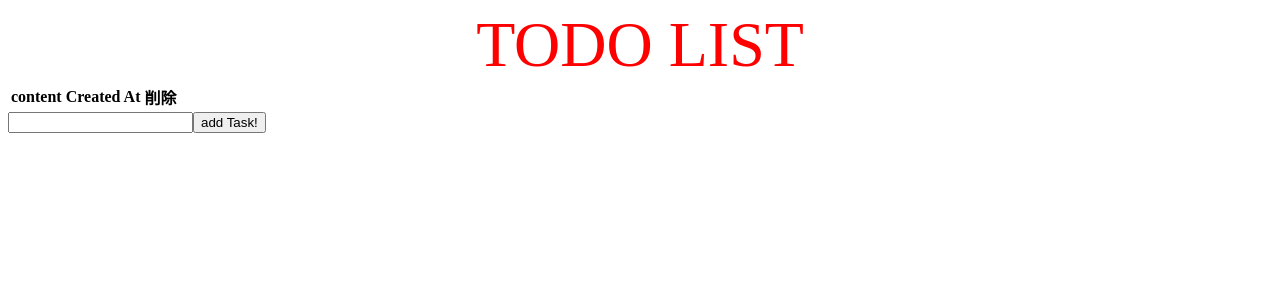
Repository: WistreHosshii/hacathon_todolList
Page: /
The author's editor kept a copy of each file at every save. The page is drawn from the files as they stood at one save, then again after the next save.
The browser window is 1280 px wide. The pictures show the whole page.
The page's requests for data from a server got no answer. The project was rebuilt for these pictures with package versions that can differ from the ones it lists, and the page was loaded fresh each time. No one was signed in, and anything a server would have sent is missing.

Above is the page before, as saved 2019-06-10 23:54:42.

### index.html
<!DOCTYPE html>
<html lang="ja">

<head>
    <meta charset="UTF-8">
    <meta name="viewport" content="width=device-width, initial-scale=1.0">
    <meta http-equiv="X-UA-Compatible" content="ie=edge">
    <title>Document</title>
    <!-- <link rel="stylesheet" href="./index.css"> -->
</head>

<body>
    <div id="root"></div>
    <script src="./index.tsx"></script>
</body>

</html>

### App.tsx
import React, { Component } from 'react';
import { get, post, deleteTask } from './axios';
import styled from 'styled-components';

const CustomizedText = styled.div`
  font-size: 4rem;
  color: red;
  text-align: center;
`;
const Body = styled.div`
  width: 100%;
  font-size: 1rem;
`;
const jobTable = styled.table`
  align: center;
`;
interface Props {}
interface State {
  todos: Todo[];
  value: string;
}

export default class App extends Component<Props, State> {
  constructor(props: any) {
    super(props);
    this.state = {
      todos: [],
      value: '',
    };
    this.handleChange = this.handleChange.bind(this);
  }

  componentDidMount() {
    get().then(response => {
      const todos: Todo[] = response.data.todos;
      this.setState({ todos });
    });
  }
  addTaskHandler() {
    if (this.state.value !== '') {
      post(this.state.value).then(response => {
        const todo: Todo = response.data;
        this.setState(state => ({ todos: [...state.todos, todo] }));
        this.setState({ value: '' });
      });
    }
  }
  deleteTaskHandler(id: string) {
    deleteTask(id).then(response => {
      const todos = this.state.todos.filter(v => v.id !== id);
      this.setState({ todos });
    });
  }
  handleChange(event: any) {
    this.setState({ value: event.target.value });
  }

  render() {
    return (
      <Body>
        <div className="todoList">
          <CustomizedText>TODO LIST</CustomizedText>
          <div className="contents">
            <table>
              <tbody>
                <tr>
                  <th>content</th>
                  <th>Created At</th>
                  <th>削除</th>
                </tr>

                {this.state.todos.reverse().map((todo, i) => {
                  return (
                    <tr key={i}>
                      <td>{todo.content}</td>
                      <td>{new Date(todo.createdAt).toLocaleString()}</td>
                      <td>
                        <button
                          onClick={() => {
                            this.deleteTaskHandler(todo.id);
                          }}
                        >
                          削除!
                        </button>
                      </td>
                    </tr>
                  );
                })}
              </tbody>
            </table>
          </div>
          <div className="computeTaskWrapper">
            <input type="text" value={this.state.value} onChange={this.handleChange} />
            <button
              className="btn"
              onClick={() => {
                this.addTaskHandler();
              }}
            >
              add Task!
            </button>
          </div>
        </div>
      </Body>
    );
  }
}

### axios.tsx
import axios from 'axios';
import App from './App';

const url = 'http://hackathon-test-server.jichoup.trap.show/';
export const get = () => {
  return axios.get(url);
};
export const post = (value: string) => {
  const content: TodoList.Post.Request = { content: value };
  return axios.post(url, content);
};
export const deleteTask = (_id: string) => {
  const id: TodoList.Delete.Request = { id: _id };
  return axios.delete(url, { data: id });
};

Loaded but not shown: index.tsx (common file)

After the next save:
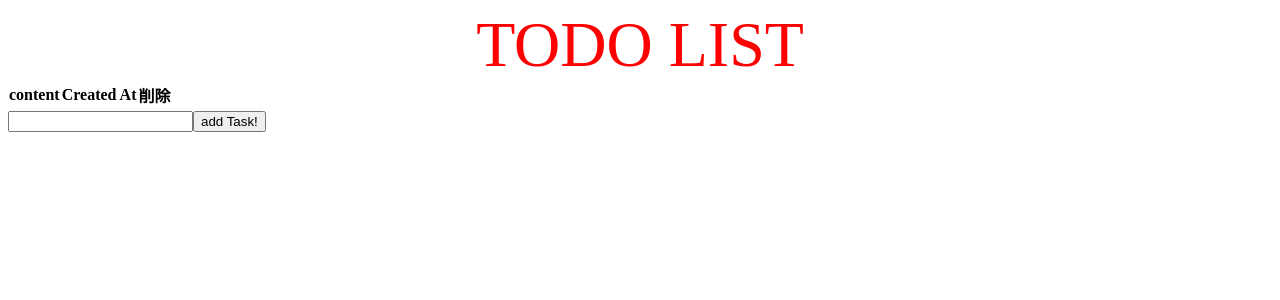
Saved 82 s later.
--- a/App.tsx
+++ b/App.tsx
@@ -12,7 +12,7 @@
   font-size: 1rem;
 `;
 const jobTable = styled.table`
-  align: center;
+  align-items: center;
 `;
 interface Props {}
 interface State {
@@ -61,7 +61,7 @@
         <div className="todoList">
           <CustomizedText>TODO LIST</CustomizedText>
           <div className="contents">
-            <table>
+            <jobTable>
               <tbody>
                 <tr>
                   <th>content</th>
@@ -87,7 +87,7 @@
                   );
                 })}
               </tbody>
-            </table>
+            </jobTable>
           </div>
           <div className="computeTaskWrapper">
             <input type="text" value={this.state.value} onChange={this.handleChange} />

After the 2 saves that followed:
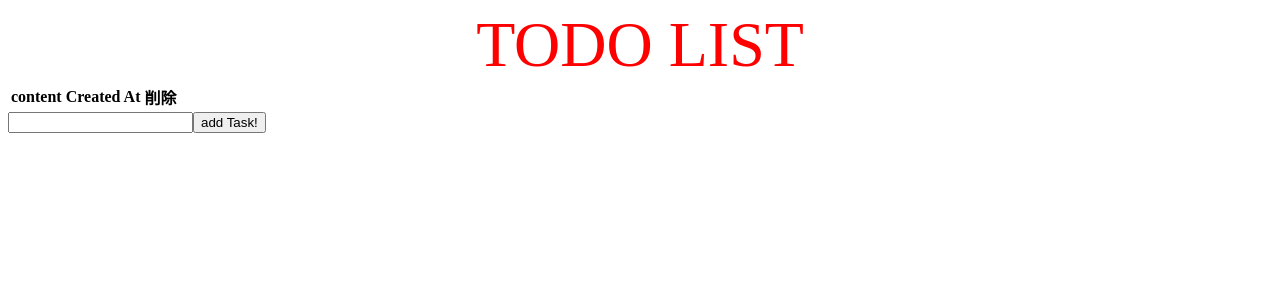
The 2 saves are shown as one change because 1 left the picture as it was.
The last was saved 2 min 9 s later.
--- a/App.tsx
+++ b/App.tsx
@@ -11,7 +11,7 @@
   width: 100%;
   font-size: 1rem;
 `;
-const jobTable = styled.table`
+const JobTable = styled.table`
   align-items: center;
 `;
 interface Props {}
@@ -61,7 +61,7 @@
         <div className="todoList">
           <CustomizedText>TODO LIST</CustomizedText>
           <div className="contents">
-            <jobTable>
+            <JobTable>
               <tbody>
                 <tr>
                   <th>content</th>
@@ -87,7 +87,7 @@
                   );
                 })}
               </tbody>
-            </jobTable>
+            </JobTable>
           </div>
           <div className="computeTaskWrapper">
             <input type="text" value={this.state.value} onChange={this.handleChange} />
